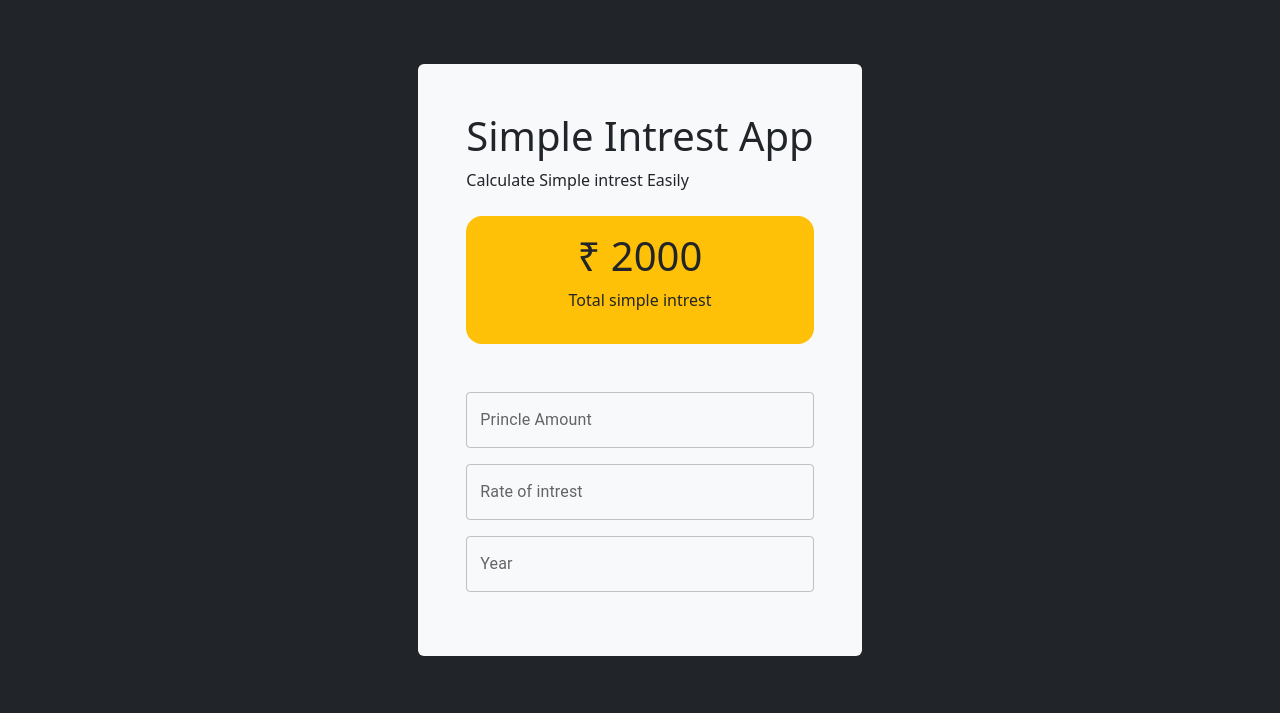
Repository: Afraz13/simple-intrest
Page: /
These files come from the project's save history. The page is drawn as it stood at one moment and after a run of saves; the edit follows.
The browser window is 1280 px wide. The pictures show the whole page.
The project was rebuilt for these pictures with package versions that can differ from the ones it lists, and the page was loaded fresh each time. Also part of the build but not shown: src/index.css, src/App.css.

Above is the page before, as saved 2024-07-15 20:49:04.

After the next 2 saves:
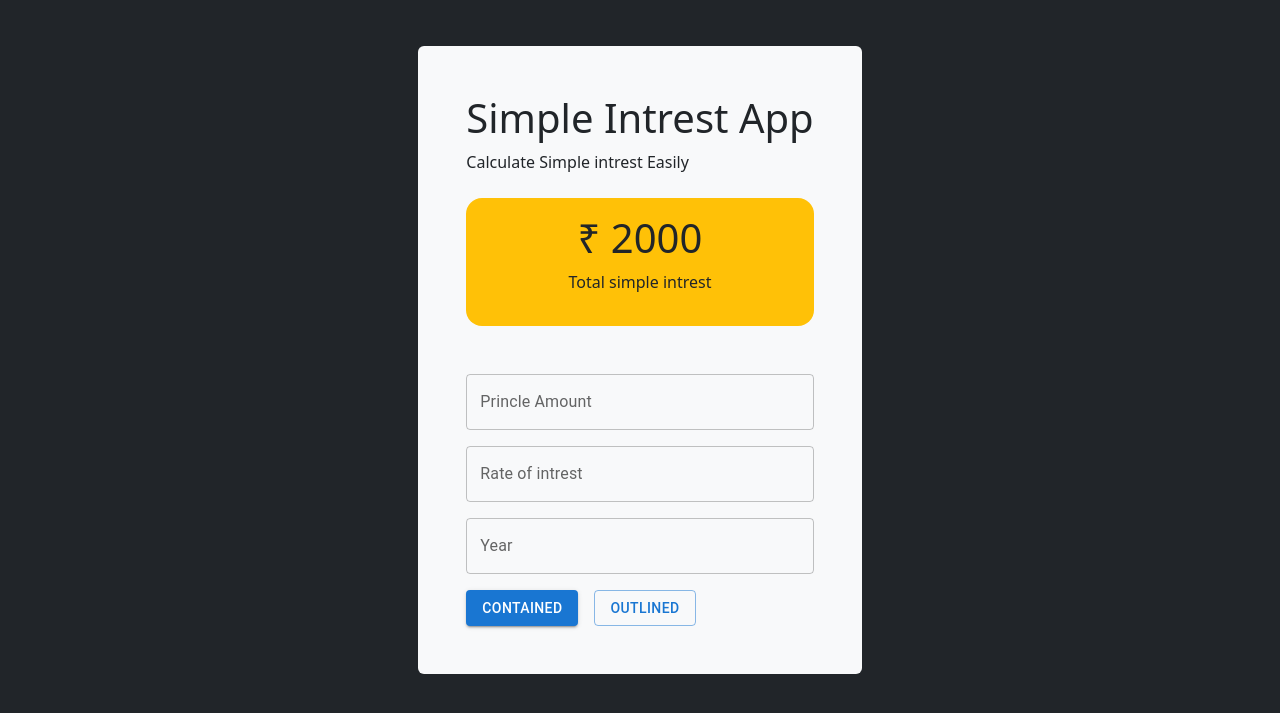
The 2 saves are shown as one change because 1 did not build or start.
The last was saved 77 s later.
--- a/src/App.js
+++ b/src/App.js
@@ -2,6 +2,7 @@
 import './App.css';
 import { TextField } from '@mui/material';
 import Stack from '@mui/material/Stack';
+import { Button } from '@mui/material';
 
 
 function App() {
@@ -25,7 +26,8 @@ function App() {
      <TextField className='w-100' id="outlined-basic" label="Year" variant="outlined" />
      </div>
      <Stack direction="row" spacing={2}>
-
+     <Button variant="contained">Contained</Button>
+     <Button variant="outlined">Outlined</Button>
 </Stack>
     </form>
     </div>
